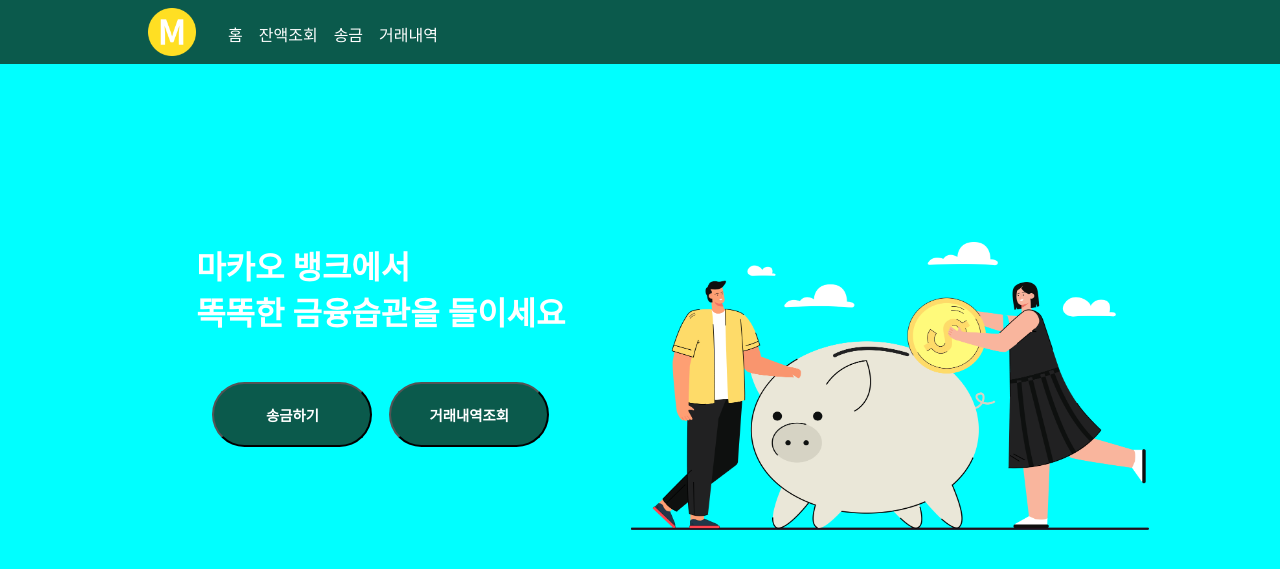
Repository: JiNookk/makaobank
Page: week06/makaoBank/index.html
The author's editor kept a copy of each file at every save. The page is drawn from the files as they stood at one save, then again after the next save.
The browser window is 1280 px wide. The pictures show the whole page.

Above is the page before, as saved 2022-09-13 18:03:46.

### week06/makaoBank/index.html
<!DOCTYPE html>
<html lang="ko">
    <head>
        <meta charset="UTF-8">
        <title>마카오 뱅크</title>
        <!-- <link rel="favicon for makaoBank" href="./resources/logo.png"> favicon나중에 넣어보기-->
        <link rel="stylesheet" href="./css/reset.css">
        <link rel="stylesheet" href="./css/layout.css">
        <link rel="stylesheet" href="./css/elements.css">
    </head>
    <body id="home-contents-container">
        <header>
                <nav id="nav-item-container">
                    <a href="./index.html">
                        <img id="home-logo" alt="makaoBank home Button" src="./resources/logo.png">
                    </a>
                    <a href="./index.html">홈</a>
                    <a href="./amount.html">잔액조회</a>
                    <a href="./transfer.html">송금</a>
                    <a href="./transaction.html">거래내역</a>
                 </nav>
        </header>
        <main>
            <section id="home-items-container">
                <div id="home-description">
                    <h1>
                        마카오 뱅크에서 <br/>
                        똑똑한 금융습관을 들이세요
                    </h1>

                    <div>
                        <a href="./transfer.html">
                                <button>
                                <h2>
                                    송금하기
                                </h2>
                            </button>
                        </a>

                        <a href="./transaction.html">
                                <button>
                                <h2>
                                    거래내역조회
                                </h2>
                            </button>
                        </a>
                    </div>
                </div>

                <div>
                    <img id="saving-image"alt="" src="./resources/saving.png">
                </div>
            </section>
        </main>
    </body>
</html>

### week06/makaoBank/css/reset.css
* {
    box-sizing: border-box;
    margin: 0px;
    padding: 0px;
}

### week06/makaoBank/css/layout.css
html{
    width: 100%;
    height: 100%;
}

body{
    display: grid;
    grid: 4rem 1fr 18fr 1fr / 1fr 500px 500px 1fr;

    grid-template-areas:
    "header header header header"
    ". . . ."
    ". main main ."
    ". . . .";

    color: white;
    background-color: aqua;

    width: 100%;
    height: 100%;
}

#home-contents-container{
    grid: 4rem 1fr 300px 1fr / 1fr 500px 500px 1fr;
    grid-template-areas:
    "header header header header"
    ". . . ."
    ". main main ."
    ". . . .";
}

header{
    grid-column-start: span 4;
    grid-area:header;

    display: grid;
    grid-template-columns: 1fr 500px 500px 1fr;

    height: 4rem;
    background-color: rgb(11,90,76);
}

nav{
    grid-column-start: 2;
    grid-row-start: 1;
}

nav *{
    margin-right: 1rem;
}

main{
    display: flex;
    justify-content: center;
    grid-area: main;
}

aside{
    grid-area: aside;
}

### week06/makaoBank/css/elements.css
h1{
    font-size: 2rem;
}

a{
    color: white;
    text-decoration: none;
}

p{
    font-size: 1.1rem;

    margin-bottom: .8rem;
}

#nav-item-container{
    display: flex;

    align-items: center;

    padding: .5rem;
}

#home-items-container{
    display: flex;
}

#home-logo{
    height: 3rem;
}

#home-description{
    font-size: 1.8rem;

    display: flex;
    flex-direction: column;
    align-items: center;

    width: 500px;
}

#home-description button{
    font-size: .6rem;

    justify-self: center;
    margin: .3rem;
    margin-top: 3rem;

    background-color: rgb(11,90,76);
    color: white;

    width: 160px;
    height: 65px;

    border-radius: 2.3rem;
}

#saving-image{
    width: 72vh;
    height: 40vh;
}

.content-container{
    padding: 4rem;

    width: 40%;
    height: 100%;

    border-radius: .5rem;

    background-color: white;
}

.content-container *{
    color: black;
}

.content-container h1{
    margin-bottom: 1.7rem;
}

form p{
    margin-bottom: 0;
}

input{
    margin-bottom: .8rem;

    width: 100%;
    height: 3rem;

    border:  2px solid rgb(238,238,238);
}
#submit-button{
    font-size: 1rem;

    margin-top: .8em;

    padding: 0.6em;

    border-radius: .3em;
    border-color: transparent;

    width: 100%;

    background-color: rgb(15,117,98);
    color: white;
}

After the next save:
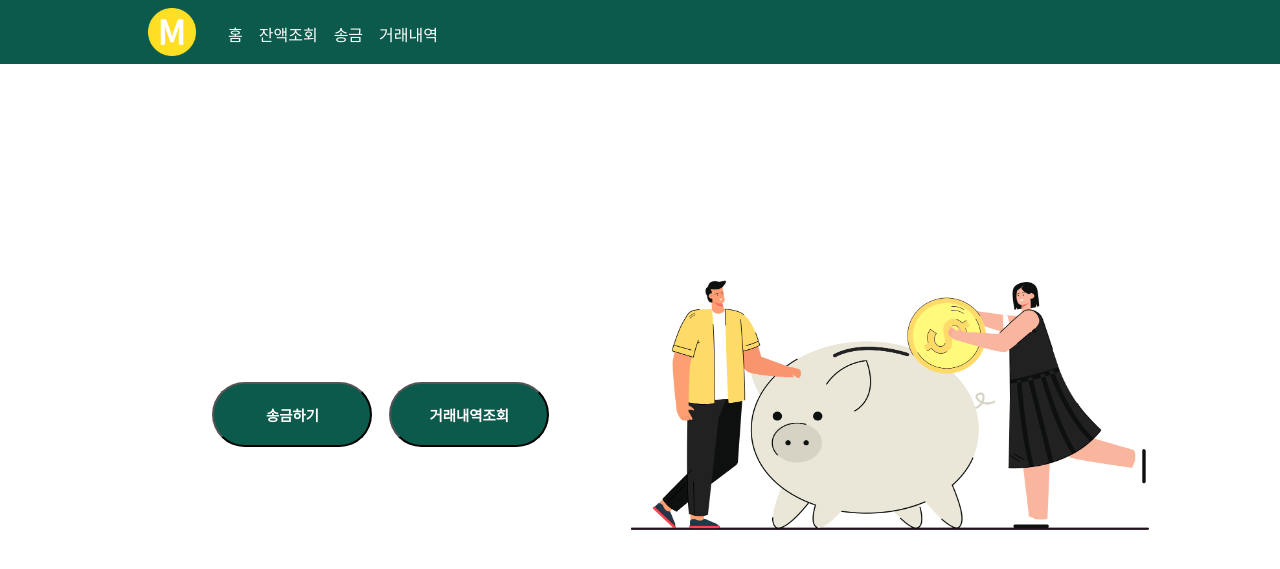
Saved 90 s later.
--- a/week06/makaoBank/css/layout.css
+++ b/week06/makaoBank/css/layout.css
@@ -14,7 +14,7 @@ body{
     ". . . .";
 
     color: white;
-    background-color: aqua;
+    background-image: url(../resources/wave.svg);
 
     width: 100%;
     height: 100%;
